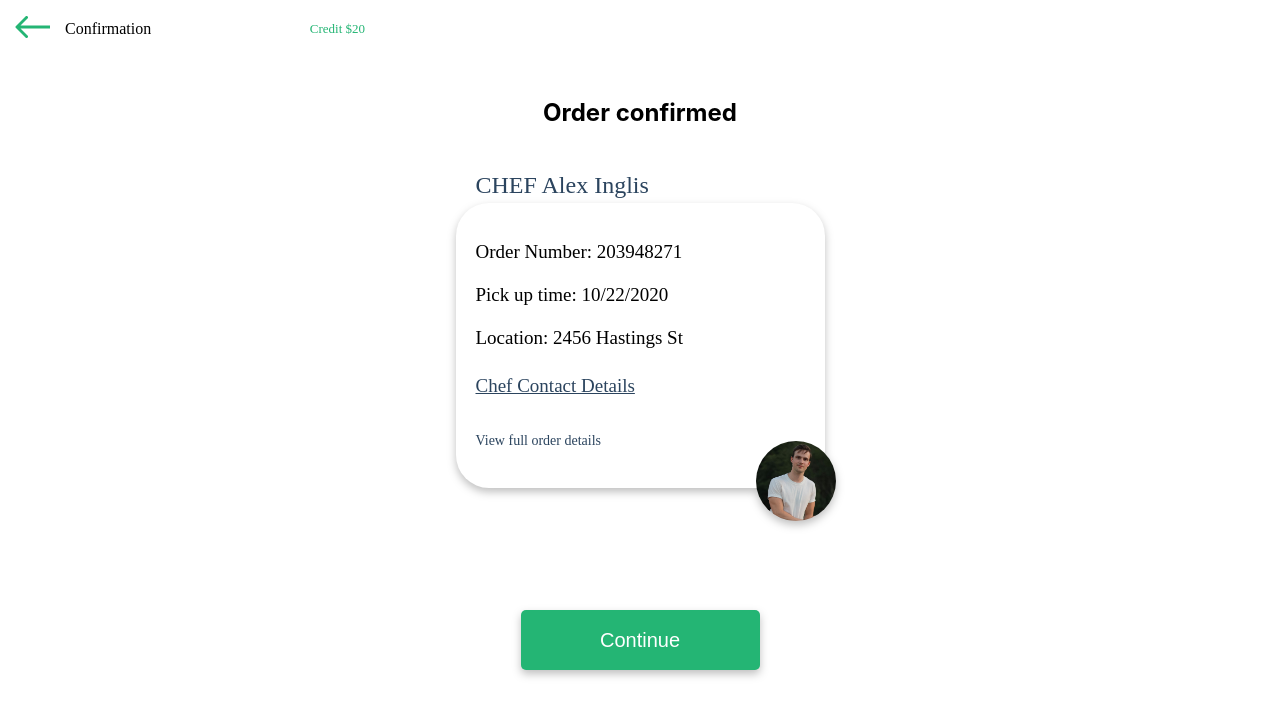
Repository: nguyenlejoe/HomeChef
Page: / (app in app/)
The author's editor kept a copy of each file at every save. The page is drawn from the files as they stood at one save, then again after the next save.
The browser window is 1280 px wide. The pictures show the whole page.
An inner scrolling area shows only its first screen. The project was rebuilt for these pictures with package versions that can differ from the ones it lists, and the page was loaded fresh each time.

Above is the page before, as saved 2020-11-06 22:09:56.

### app/src/App.js
import React from 'react';
//import logo from './logo.svg';
//import './App.css';
import Pages from './pages/OrderConfirmation';

function App() {
  return (
    <Pages />
  );
}

export default App;

### app/src/pages/OrderConfirmation.js
import React from 'react';
import './OrderConfirmation.scss';
import Button from '../comps/MainButton';
import TopBar from '../comps/TopBar';
import OrderDetails from '../comps/OrderDetails';

export default function OrderConfirmationPage() {
  return<div className="app">
       <div className="cart">
           <TopBar text="Confirmation"></TopBar>
       </div>
       <div className="OrderCont">
        <div className="OrderConfirmed">
                Order confirmed
            </div>
            <OrderDetails bgimg="none" margin-bottom="50px"></OrderDetails>

            <div className="ButtonBox">
                <Button text="Continue"></Button>
            </div>
        </div>
    </div>
}

### app/src/pages/OrderConfirmation.scss
.app{
    width: 100vw;
    height:100vh;
    overflow-x: hidden;
    position: relative;
}

.OrderCont{
    display: flex;
    flex-direction: column;
    align-items: center;
    justify-content: center;
}

.OrderConfirmed{
    display: flex;
    justify-content: center;
    font-size: 24px;
    font-weight: bold;
    margin:40px 0;
}


.ButtonBox{
    position: absolute;
    bottom: 50px;
    :nth-child(1){
        font-size: 20px;
    }
}

### app/src/comps/MainButton/index.js
import React from 'react';
import styled, {css} from 'styled-components';
import icon2 from '../../assets/DollarSign.png';

const ButtonContainer = styled.button`
    width: ${props =>props.width ? props.width : '239px'};
    height: ${props =>props.height ? props.height : '60px'};
    background-color: ${props =>props.bgcolor ? props.bgcolor : '#24B574'};
    border-radius: ${props =>props.radius ? props.radius : '5px'};
    display: flex;
    justify-content: center;
    align-items: center;
    filter: drop-shadow(0px 4px 4px rgba(0, 0, 0, 0.25));
    border:none;
`;

const ButtonText = styled.p`
    text-align: center;
    font-size: ${props =>props.fontSize ? props.fontSize : '15px'};;
    color:${props =>props.textColor ? props.textColor : '#FFFFFF'};
`;

const Icon = styled.div`
    ${() => css`
        background-image: url(${props =>props.icon1 ? props.icon1 : icon2});
        background-color:white;
        padding:10px;
        background-repeat: no-repeat;
        background-position: center;
        position:absolute;
        left: 0px;
        `}
    `;

const Button = ({text,textColor,bgcolor, width, height, radius, fontSize}) => {
    return <ButtonContainer bgcolor = {bgcolor} height={height} width={width} radius={radius}>
                <ButtonText fontSize={fontSize} textColor = {textColor}>{text}</ButtonText>
            </ButtonContainer>
}

ButtonText.defaultprops = {
    color:null,
}

export default Button;

### app/src/comps/TopBar/index.js
import React from 'react';
import styled from 'styled-components';


const TopBarContainer = styled.div`
   font-family: Poppins;
   display:flex;
   position:relative;
   align-items:center;
   width:350px;
   padding:15px;
`;

const LeftArrowImg = styled.div`
    margin-right:15px;
`;

const TopLeftText = styled.div`
    display:flex;

`;

const CreditText = styled.div`
   color:#24B574;
   font-size:13px;
   position:absolute;
   right:15px;
`;


const TopBar = ({text}) => {

    return <TopBarContainer>
            <LeftArrowImg><img src='/leftarrow.png' /></LeftArrowImg>
            <TopLeftText>{text}</TopLeftText>
            <CreditText>Credit $20</CreditText>
        </TopBarContainer>
}

TopBar.defaultProps = {

}

export default TopBar;

### app/src/comps/OrderDetails/index.js
import React from 'react';
import styled, {css} from 'styled-components';
import Avatar from '../Avatar';

const DetailsContainer = styled.div`
  display:flex;
  flex-direction:column;

`;

const Chefname = styled.div`
font-family: Poppins;
font-style: normal;
font-weight: 500;
font-size: 24px;
line-height: 36px;
color: #2B445E;
left:20px;
position:relative;
`

const DetailsRectangle = styled.div`
background-color: #FFFFFF;
filter: drop-shadow(0px 4px 4px rgba(0, 0, 0, 0.25));
height: 285px;
width: 369px;
left: 0px;
top: 37px;
border-radius: 33px;
flex-direction:column;
`

const OrderNumber = styled.div`
font-family: Poppins;
margin-top:15px;
margin-bottom:15px;
font-weight: 500;
font-size: 19px;
line-height: 28px;
color: #000000;
`

const Pickuptxt = styled.div`
font-family: Poppins;
margin-top:15px;
margin-bottom:15px;
font-weight: 500;
font-size: 19px;
line-height: 28px;
color: #000000;
`

const Location = styled.div`
font-family: Poppins;
margin-top:15px;
margin-bottom:15px;
font-weight: 500;
font-size: 19px;
line-height: 28px;
color: #000000;
`
const Contact = styled.div`
font-family: Poppins;
margin-top:20px;
margin-bottom:10px;
font-weight: 500;
font-size: 19px;
line-height: 28px;
color: #2B445E;
text-decoration:underline;
cursor:pointer;
`
const FullDetails = styled.div`
font-family: Poppins;
margin-top:30px;
margin-bottom:10px;
font-weight: 500;
font-size: 14px;
line-height: 21px;
color: #2B445E;
cursor:pointer;
`
const Detailstxtboxs = styled.div`
position: relative;
left:20px;
top:20px;

`

const Photocont = styled.div`
z-index:1;
position:relative;
left:300px;
size:105px;
`






const OrderDetails = ({Chef, OrderNum, Pickupdate, Locationtxt, profileimg}) => {

    return <DetailsContainer>
        <Chefname> {Chef} </Chefname>
        <DetailsRectangle>
            <Detailstxtboxs>
            <OrderNumber>Order Number: {OrderNum}</OrderNumber>
            <Pickuptxt>Pick up time: {Pickupdate} </Pickuptxt>
            <Location>Location: {Locationtxt} </Location>
            <Contact>Chef Contact Details</Contact>
            <FullDetails>View full order details</FullDetails>
            </Detailstxtboxs>
            <Photocont>
            <Avatar bgimg={profileimg}></Avatar>
            </Photocont>

        </DetailsRectangle>
    </DetailsContainer>

}

OrderDetails.defaultProps = {

    Chef:"CHEF Alex Inglis",
    OrderNum: "203948271",
    Pickupdate:"10/22/2020",
    Locationtxt:"2456 Hastings St"

}

export default OrderDetails;

### app/src/comps/Avatar/index.js
import React from 'react';
import styled from 'styled-components';

const AvatarContainer = styled.div`
width:80px;
height:80px;
`;

const AvatarImg = styled.div`
min-width:100%;
min-height:100%;
background-image:url(${props=>props.bgimg ? props.bgimg : "none"});
background-size:cover;
border-radius:100px;

`;

const Avatar = ({bgimg}) =>{
    return <AvatarContainer>
        <AvatarImg bgimg={bgimg}></AvatarImg>
    </AvatarContainer>
}

Avatar.defaultProps = {
    bgimg : "./alex.jpg"
}

export default Avatar;

### app/src/pages/Checkout.js
import React from 'react';
import './Checkout.scss';
import CheckoutItem from '../comps/CheckoutItem';
import Button from '../comps/MainButton';
import TopBar from '../comps/TopBar';

export default function CheckoutPage() {
  return<div className="app">
       <div className="cart">
           <TopBar text="Cart"></TopBar>
       </div>
       <div className="checkout">
           <div className="checkoutone">
           <CheckoutItem></CheckoutItem>
           </div>
           <CheckoutItem Itemnm="Yunus's Cold noodle" Note="No onions"></CheckoutItem>
       </div>
        <div className="total">
            <div className="TotalText">TOTAL</div>
            <div className="PriceText">12.99</div>
        </div>
        <div className="button">
            <Button text="Checkout"></Button>
        </div>
    </div>
}

### app/src/pages/Checkout.scss
.app{
    width: 100vw;
    height:100vh;
    overflow-x: hidden;

}

.cart{
    margin-bottom: 200px;
}

.checkout{
    margin-bottom: 150px;
    display: flex;
    flex-direction: column;
    justify-content: center;
    align-items: center;
}

.checkoutone{
    margin-bottom: 50px;
}

.total{
    display: flex;
    justify-content: center;
    font-weight: bold;
}


.PriceText{
  margin-left:100px;
}

.button{
    display: flex;
    justify-content: center;
    padding:50px 0px;
}

### app/src/comps/CheckoutItem/index.js
import React from 'react';
import styled, {css} from 'styled-components';

const Checkoutitemcont = styled.div`

max-width:346px;
max-height:76px;


`
const Carttxt = styled.div`
display:flex;
flex-direction:row;
`
const Quantity = styled.div`
Margin-right: 60px;font-size: 18px;
font-style: normal;
font-weight: 500;
line-height: 27px;
letter-spacing: 0em;
text-align: left;

`

const ItemName = styled.div`
Margin-right: 90px;
font-size: 14px;
font-style: normal;
font-weight: 500;
line-height: 21px;
letter-spacing: 0em;
text-align: left;

`

const ChefNote = styled.div`
color: #2B445E;
cursor:pointer;

`

const Price = styled.div`
font-size: 18px;
font-style: normal;
font-weight: 500;
line-height: 27px;
letter-spacing: 0em;
text-align: left;

`

const Delete = styled.div`

`

const Bottomhr = styled.div`
height: 0px;
width: 341px;
border-radius: nullpx;
border: 1px solid #2B445E;
margin-top:29px;

`

const Iconcont = styled.div `
position:relative;
left:10px;
`









const CheckoutItem = ({Quant, Itemnm, Note, Pricetag,}) => {

    return <Checkoutitemcont>
            <Carttxt>
            <Quantity>{Quant}</Quantity>
            <ItemName>{Itemnm}<ChefNote>   {Note}</ChefNote></ItemName>
            <Price>{Pricetag}</Price>
            <Delete></Delete>
            <Iconcont>
            <img src="/trash-2.svg"/>
            </Iconcont>
            </Carttxt>
            <Bottomhr>

            </Bottomhr>
    </Checkoutitemcont>

}

CheckoutItem.defaultProps = {

    Quant:"1x",
    Itemnm:"Yunus's Fried Rice",
    Note:"Add Note for Chef",
    Pricetag:"$12.99",

}

export default CheckoutItem;

Loaded but not shown: app/public/index.html (common file); app/src/index.js (common file); app/src/index.css (common file); app/src/serviceWorker.js (common file)

After the next save:
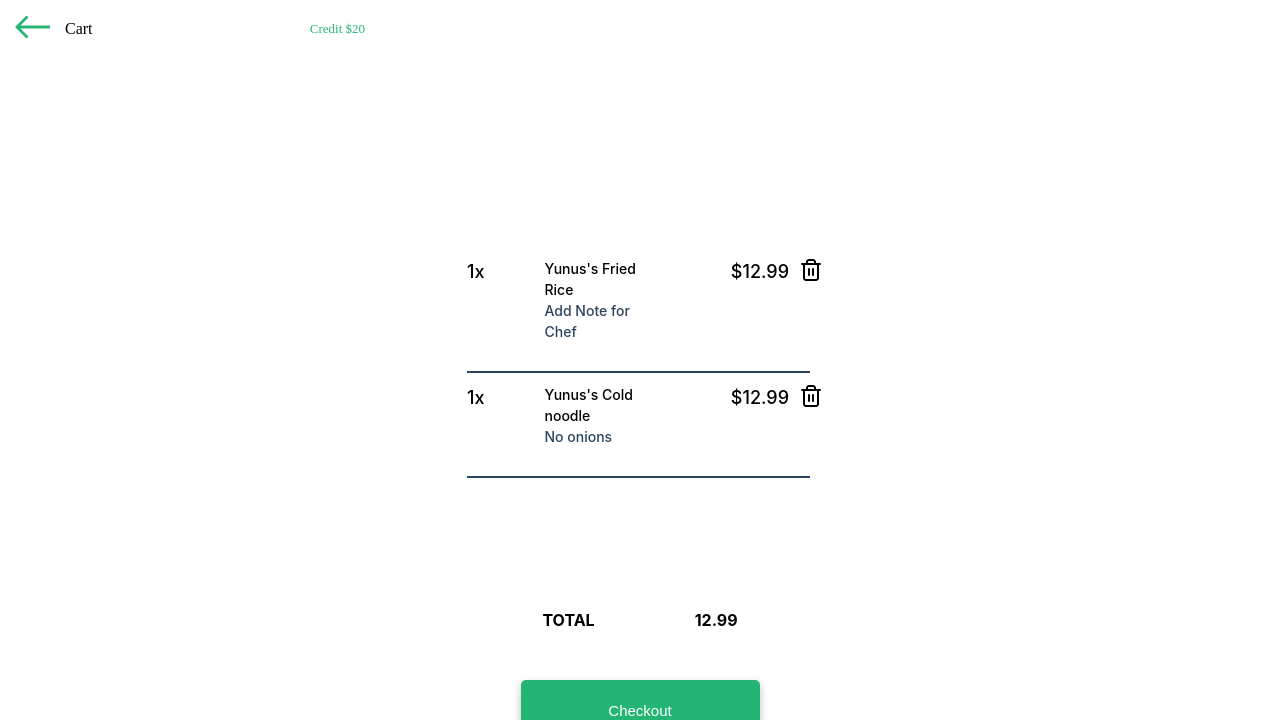
Saved 38 s later.
--- a/app/src/App.js
+++ b/app/src/App.js
@@ -1,7 +1,7 @@
 import React from 'react';
 //import logo from './logo.svg';
 //import './App.css';
-import Pages from './pages/OrderConfirmation';
+import Pages from './pages/Checkout';
 
 function App() {
   return (

After the save that followed:
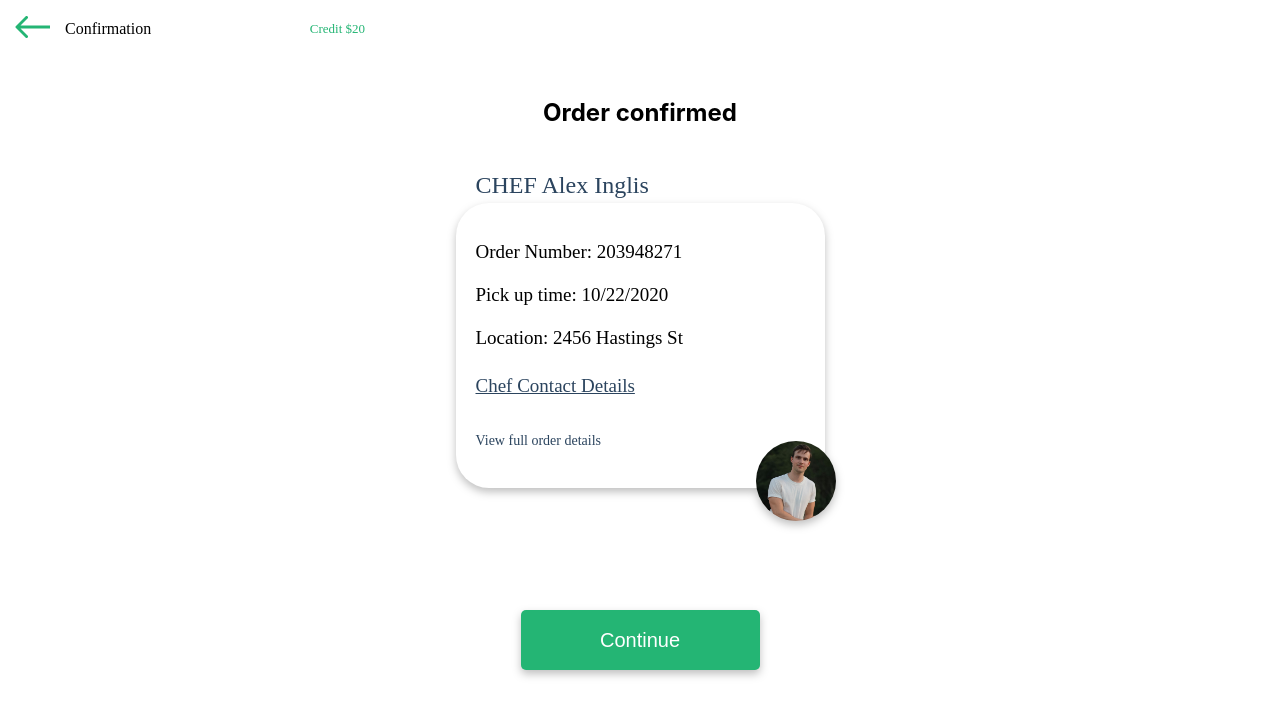
Saved 14 s later.
--- a/app/src/App.js
+++ b/app/src/App.js
@@ -1,7 +1,7 @@
 import React from 'react';
 //import logo from './logo.svg';
 //import './App.css';
-import Pages from './pages/Checkout';
+import Pages from './pages/OrderConfirmation';
 
 function App() {
   return (
